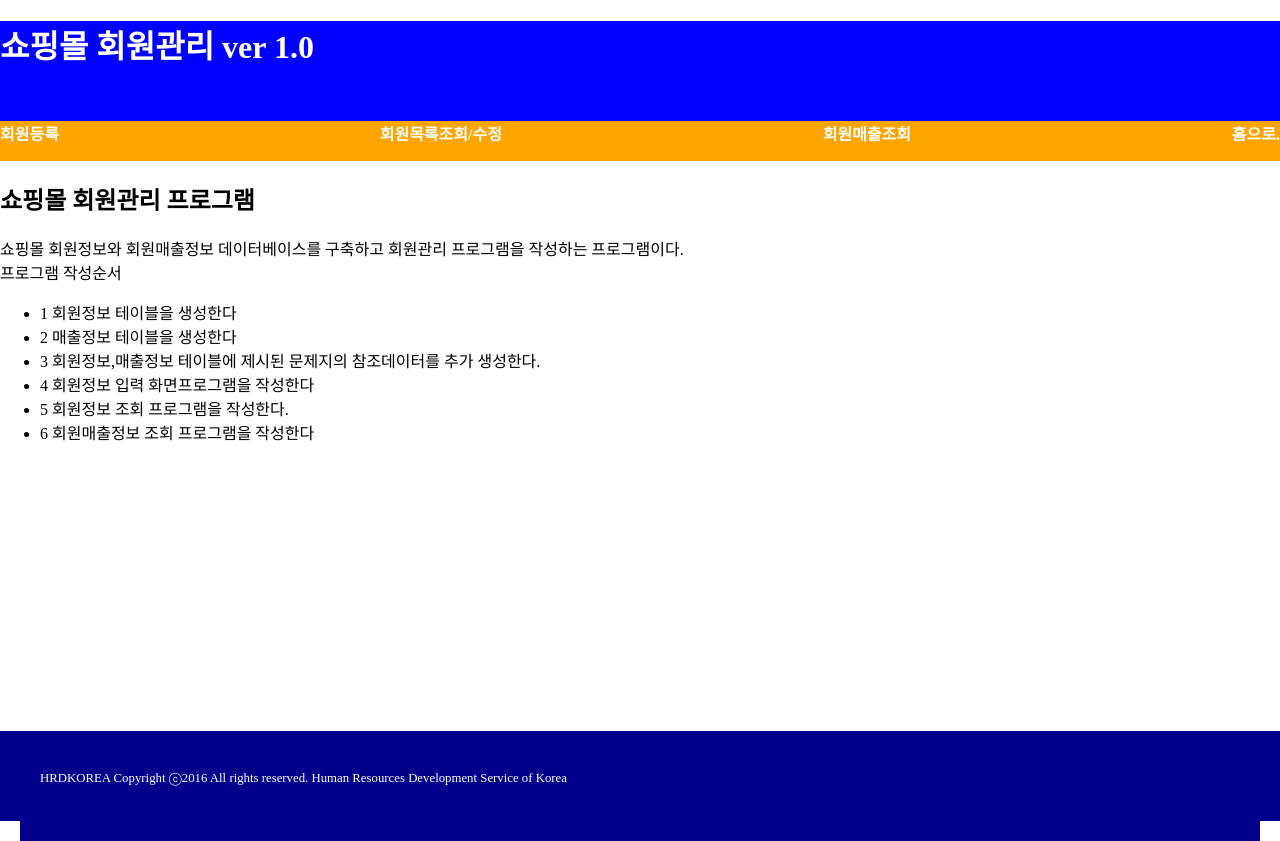
Repository: GotChun/DH_JSP
Page: http://localhost/HRD_1234/
These files come from the project's save history. The page is drawn as it stood at one moment and after the next save; the edit follows.
The browser window is 1280 px wide. The pictures show the whole page.
The page is served by Tomcat 9. Other server files are loaded and not shown.

Above is the page before, as saved 2024-10-24 06:58:03.

### hrdkorea/HRD_1234/src/main/webapp/index.jsp
<%@ page language="java" contentType="text/html; charset=UTF-8"
    pageEncoding="UTF-8"%>
<!DOCTYPE html>
<html>
<head>
<meta charset="UTF-8">
<title>Insert title here</title>
<style>
	body{margin:0;padding:0;}

	section{height:calc(100vh - 170px);}
</style>
</head>

<body>

<div class="wrapper">
	<%@ include file="layout/header.jsp" %>
	<section>
		<div>
			<h2>쇼핑몰 회원관리 프로그램</h2>
		</div>
		<div>
			쇼핑몰 회원정보와 회원매출정보 데이터베이스를 구축하고 회원관리 프로그램을 작성하는 프로그램이다.
		</div>
		<div>
			프로그램 작성순서
		</div>
		<div>
			<ul>
			<li>1 회원정보 테이블을 생성한다</li>
			<li>2 매출정보 테이블을 생성한다</li>
			<li>3 회원정보,매출정보 테이블에 제시된 문제지의 참조데이터를 추가 생성한다.</li>
			<li>4 회원정보 입력 화면프로그램을 작성한다</li>
			<li>5 회원정보 조회 프로그램을 작성한다.</li>
			<li>6 회원매출정보 조회 프로그램을 작성한다</li>
			</ul>
		</div>

	</section>

	<footer>
	<%@ include file="layout/footer.jsp" %>

	</footer>
</div>


</body>
</html>

### hrdkorea/HRD_1234/src/main/webapp/layout/header.jsp
<%@ page language="java" contentType="text/html; charset=UTF-8"
	pageEncoding="UTF-8"%>
<style>
header {
	height: 100px;
	background-color: blue;
	color: white;
}
nav{height:40px;
	background-color:orange;}
nav>ul{
	list-style:none;margin:0;padding:0;
	display:flex;
	justify-content:space-between;
	align-items:center;}
nav>ul>li>a{
	display:block;
	text-decoration:none;
	color:white;
	font-weight:600;}

</style>


<header>
	<h1>쇼핑몰 회원관리 ver 1.0</h1>
</header>
<nav>
	<ul>
		<li><a href="">회원등록</a></li>
		<li><a href="">회원목록조회/수정</a></li>
		<li><a href="">회원매출조회</a></li>
		<li><a href="">홈으로.</a></li>
	</ul>
</nav>

### hrdkorea/HRD_1234/src/main/webapp/layout/footer.jsp
<%@ page language="java" contentType="text/html; charset=UTF-8"
    pageEncoding="UTF-8"%>
<style>
	footer{
		height:50px;
		padding:20px;
		background-color:darkblue;
		color:white;
		font-size:.8rem;
		}
</style>

    <footer>
    	HRDKOREA Copyright ⓒ2016 All rights reserved. Human Resources Development Service of Korea
    </footer>

After the next save:
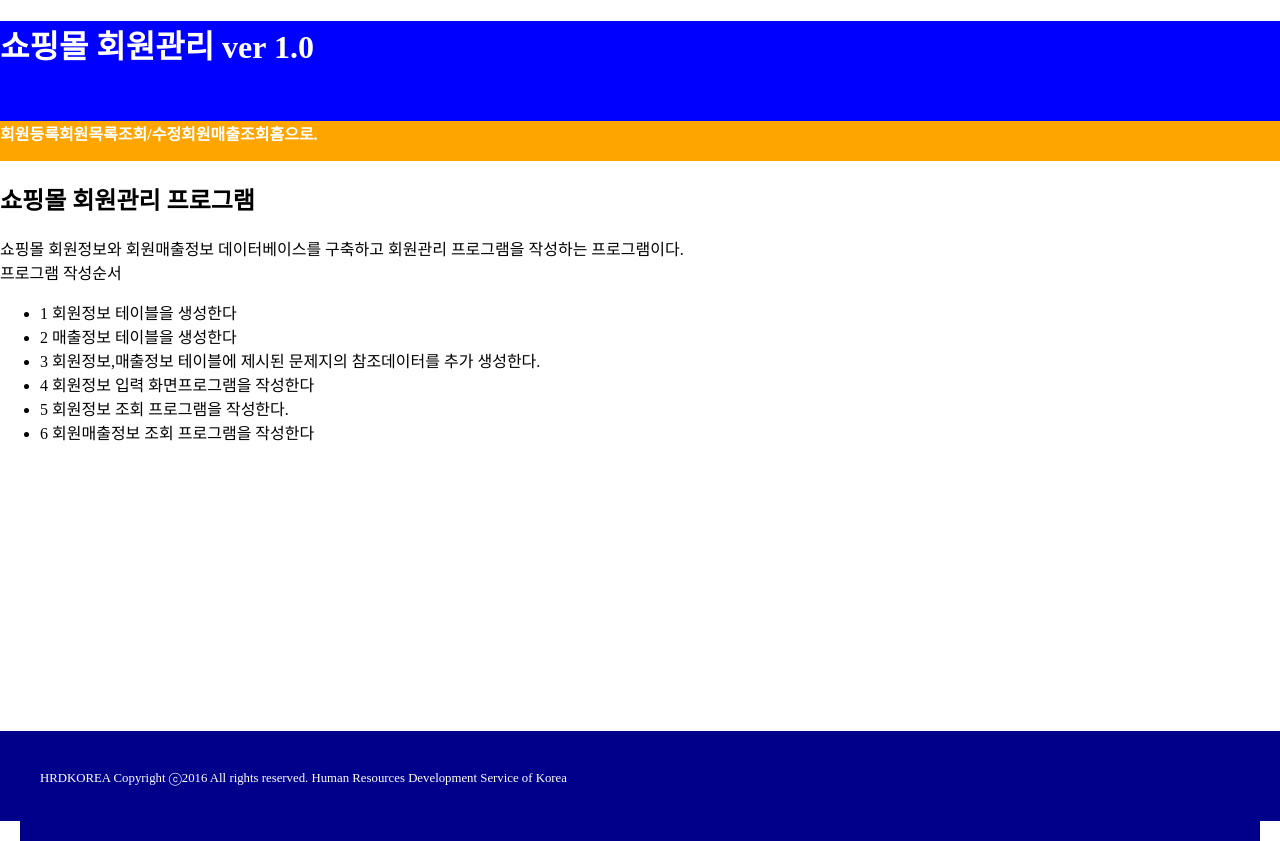
Saved 2 min 48 s later.
--- a/hrdkorea/HRD_1234/src/main/webapp/layout/header.jsp
+++ b/hrdkorea/HRD_1234/src/main/webapp/layout/header.jsp
@@ -11,7 +11,7 @@ nav{height:40px;
 nav>ul{
 	list-style:none;margin:0;padding:0;
 	display:flex;
-	justify-content:space-between;
+	justify-content:left;
 	align-items:center;}
 nav>ul>li>a{
 	display:block;
